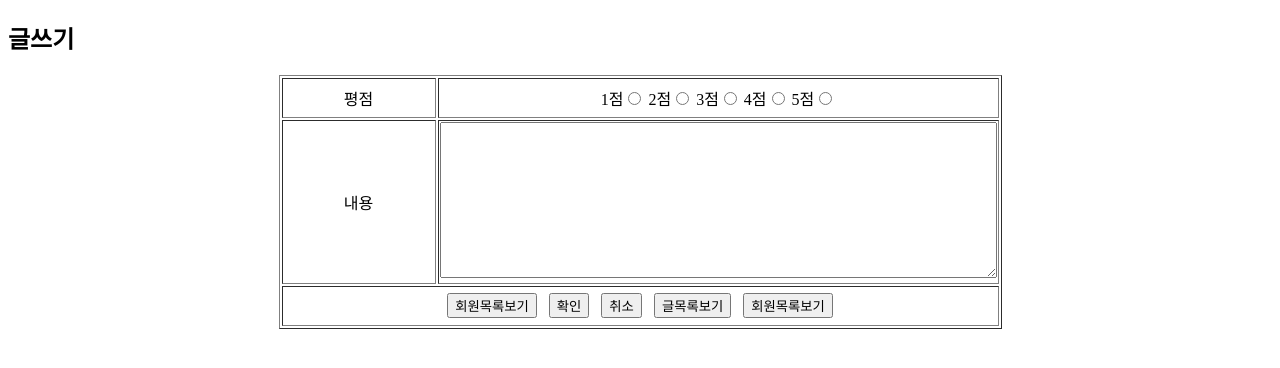
Repository: Served01/Project2_2209
Page: http://localhost/bookReviewProgram/rvInsert.jsp
These files come from the project's save history. The page is drawn as it stood at one moment and after the next save; the edit follows.
The browser window is 1280 px wide. The pictures show the whole page.
The page is served by Tomcat 9. Other server files are loaded and not shown.

Above is the page before, as saved 2022-09-24 07:31:50.

### bookReviewProgram/src/main/webapp/rvInsert.jsp
<%@ page language="java" contentType="text/html; charset=UTF-8"
    pageEncoding="UTF-8"%>
<%	request.setCharacterEncoding("UTF-8");	%>
<%@ page import="BKRV.review.rvDAO" %>
<%@ page import="BKRV.review.rvBean" %>
<!DOCTYPE html>
<html>
<head>
<meta charset="UTF-8">
<title>글쓰기</title>
</head>
<body>

	<h2>글쓰기</h2>
<%-- <%


	int num = Integer.parseInt(request.getParameter("num"));
	int ref = Integer.parseInt(request.getParameter("ref"));
	int re_step = Integer.parseInt(request.getParameter("re_step"));
	int re_level = Integer.parseInt(request.getParameter("re_level"));

%> --%>


<form action="rvInsertPro.jsp" method="post">
	<table border="1" align="center" width"600" bgccolor="yellow">

		<%--
		<tr height="40" align="center">
			<td width="150">작성자</td>
			<td width="250"><%=rBean.getNick() %></td>
		</tr>
		<tr height="40" align="center">
			<td width="150">전자우편</td>
			<td width="250"><input type="text" name="email" size="67" disabled="disabled"></td>
		</tr>
		<tr height="40" align="center">
			<td width="150">주제</td>
			<td width="250"><input type="text" name="subject" size="67" placeholder="주제입력"></td>
		</tr>
		--%>

		<tr height="40" align="center">
			<td width="150">평점</td>
			<td width="250">
			1점<input type="radio" name="score">
			2점<input type="radio" name="score">
			3점<input type="radio" name="score">
			4점<input type="radio" name="score">
			5점<input type="radio" name="score"></td>
		</tr>
		<tr height="40" align="center">
			<td width="150">내용</td>
			<td width="350">
			<textarea rows="10" cols="67" name="content"></textarea>
		</tr>

		<tr height="40" align="center">
			<td colspan="2">
			<input type="button" value="회원목록보기" onclick="location.href='memberList.jsp'"/>&nbsp;&nbsp;
			<input type="submit" value="확인"/>&nbsp;&nbsp;
			<input type="reset" value="취소"/>&nbsp;&nbsp;
		<input type="button" value="글목록보기" onclick="location.href='boardList.jsp'"/>&nbsp;&nbsp;
		<input type="button" value="회원목록보기" onclick="location.href='memberList.jsp'"/>
		</td></tr>
	</table>
</form>
</body>
</html>

After the next save:
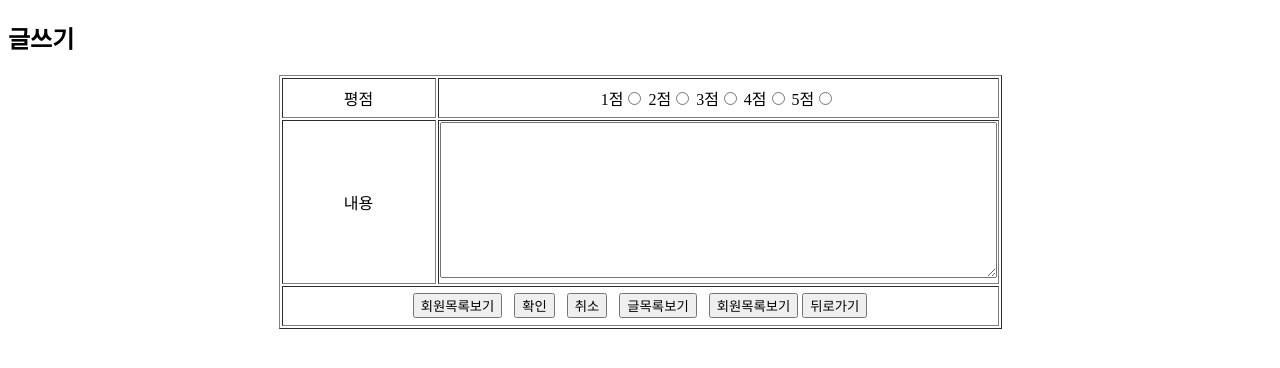
Saved 2 min 37 s later.
--- a/bookReviewProgram/src/main/webapp/rvInsert.jsp
+++ b/bookReviewProgram/src/main/webapp/rvInsert.jsp
@@ -63,6 +63,7 @@
 			<input type="reset" value="취소"/>&nbsp;&nbsp;
 		<input type="button" value="글목록보기" onclick="location.href='boardList.jsp'"/>&nbsp;&nbsp;
 		<input type="button" value="회원목록보기" onclick="location.href='memberList.jsp'"/>
+		<input type="button" value="뒤로가기" onclick="location.href='history.back()'">
 		</td></tr>
 	</table>
 </form>
